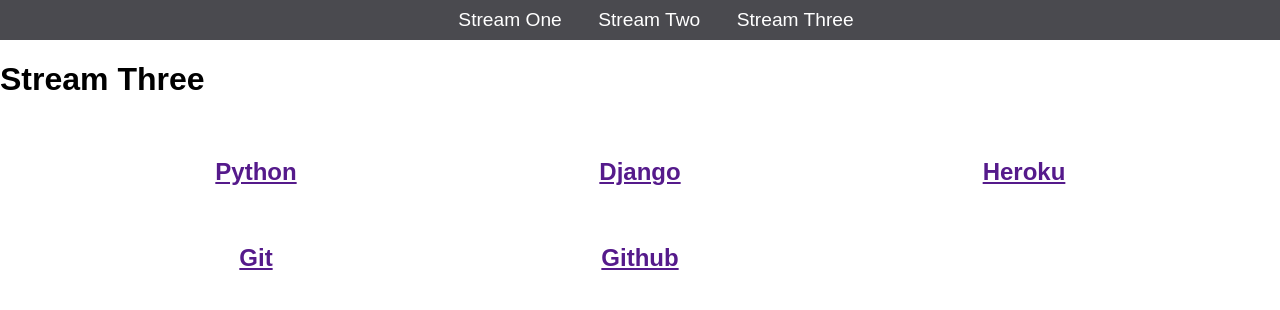
Repository: conbonbom/my-first-website
Page: stream-three.html
The author's editor kept a record of every edit. The page is drawn from the files as they stood at one moment, then again after the next edit.
The browser window is 1280 px wide. The pictures show the whole page.

Above is the page before.

### stream-three.html
<!DOCTYPE html>
<html>
    <head>
        <title>Hello World</title>
        <link rel="stylesheet" href="css/style.css" type="text/css" />
    </head>
    <body>
        <nav>
            <ul>
                <li><a href="stream-one.html">Stream One</a></li>
                <li><a href="stream-two.html">Stream Two</a></li>
                <li><a href="stream-three.html">Stream Three</a></li>
            </ul>
        </nav>
        <h1>Stream Three</h1>

        <div class="card">
            <a href="">
            <img src=""></img>
            <h2>Python</h2>
            </a>
        </div>

        <div class="card">
            <a href="">
            <img src=""></img>
            <h2>Django</h2>
            </a>
        </div>

        <div class="card">
            <a href="">
            <img src=""></img>
            <h2>Heroku</h2>
            </a>
        </div>

        <div class="card">
            <a href="">
            <img src=""></img>
            <h2>Git</h2>
            </a>
        </div>

        <div class="card">
            <a href="">
            <img src=""></img>
            <h2>Github</h2>
            </a>
        </div>

        <div class="card">
            <a href="">
            <img src=""></img>
            <h2></h2>
            </a>
        </div>

    </body>
</html>

### css/style.css
body {
    margin: 0;
    padding: 0;
    font-family: 'Oswald' ,sans-serif ;
}

nav ul {
    list-style: none;
    background-color: #4a4a4f;
    text-align: center;
    margin: 0;
    padding: 0;
}

nav li {
    font-size: 1.2em;
    line-height: 40px;
    height: 40px;
    display: inline-block;
    margin-left: 2.5%;
}

nav a {
    text-decoration: none ;
    color: #ffffff;
    display: block;
}

nav a:hover {
    background-color: #ffffff;
    color: #4a4a4f;
}

.card {
    float: left;
    width:20%;
    margin-left:10%;
}

.card a {
    text-align: center;
}

img {
    width: 100%;
}


h2 {
    text-align: center ;
}

After the next edit:
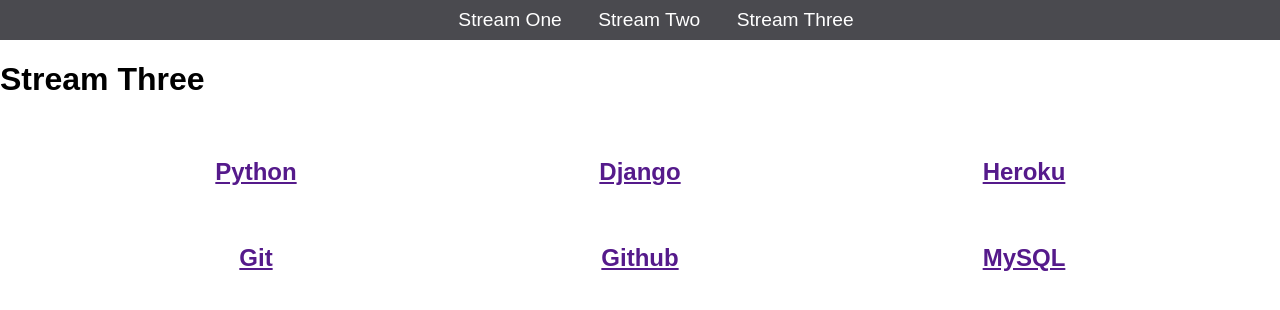
The edit:
--- a/stream-three.html
+++ b/stream-three.html
@@ -52,7 +52,7 @@
         <div class="card">
             <a href="">
             <img src=""></img>
-            <h2></h2>
+            <h2>MySQL</h2>
             </a>
         </div>
 
